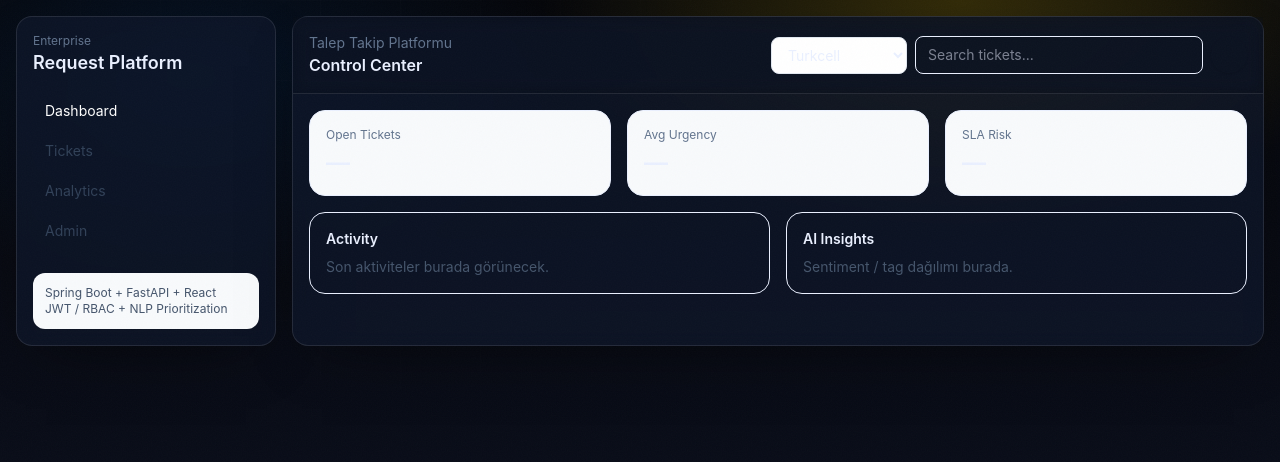
Repository: Salihapeker/enterprise-ai-ticket-system
Page: / (app in Desktop/enterprise-ai-ticket-system/frontend/)
An editor plug-in stored every save of this project. The page is shown before and after the next save, followed by the edit.
The browser window is 1280 px wide. The pictures show the whole page.
The project was rebuilt for these pictures with package versions that can differ from the ones it lists, and the page was loaded fresh each time. Also part of the build but not shown: Desktop/enterprise-ai-ticket-system/frontend/vite.config.ts, Desktop/enterprise-ai-ticket-system/frontend/src/services/tickets.ts, Desktop/enterprise-ai-ticket-system/frontend/src/pages/TicketsPage.tsx, Desktop/enterprise-ai-ticket-system/frontend/src/pages/AnalyticsPage.tsx, Desktop/enterprise-ai-ticket-system/frontend/src/pages/AdminPage.tsx.

Above is the page before, as saved 2026-03-16 04:20:56.

### Desktop/enterprise-ai-ticket-system/frontend/src/main.tsx
import { StrictMode } from "react";
import { createRoot } from "react-dom/client";
import "./index.css";
import App from "./App.tsx";
import ThemeProvider from "./theme/ThemeProvider";

createRoot(document.getElementById("root")!).render(
  <StrictMode>
    <ThemeProvider>
      <App />
    </ThemeProvider>
  </StrictMode>,
);

### Desktop/enterprise-ai-ticket-system/frontend/src/index.css
@import "tailwindcss";

:root {
  --primary: #ffd100;
  --primary-text: #111827;
  --accent: #0057b8;
  --accent2: #ffd100;

  --bg: #05060a;
  --bg2: #0b1020;
  --card: rgba(15, 23, 42, 0.72);
  --card2: rgba(15, 23, 42, 0.86);
  --text: #eaf0ff;
  --muted: rgba(234, 240, 255, 0.72);
  --stroke: rgba(255, 255, 255, 0.1);
}

html,
body,
#root {
  height: 100%;
}

body {
  margin: 0;
  color: var(--text);
  font-family:
    Inter,
    ui-sans-serif,
    system-ui,
    -apple-system,
    "Segoe UI",
    Roboto,
    Arial,
    "Noto Sans";
  background:
    radial-gradient(
      600px 320px at 75% 0%,
      color-mix(in oklab, var(--accent2) 18%, transparent),
      transparent 70%
    ),
    radial-gradient(
      520px 300px at 15% 10%,
      color-mix(in oklab, var(--accent) 14%, transparent),
      transparent 72%
    ),
    linear-gradient(180deg, var(--bg), var(--bg2));
}

/* subtle grid overlay */
body::before {
  content: "";
  position: fixed;
  inset: 0;
  pointer-events: none;
  opacity: 0.18;
  background-image:
    linear-gradient(to right, rgba(255, 255, 255, 0.08) 1px, transparent 1px),
    linear-gradient(to bottom, rgba(255, 255, 255, 0.08) 1px, transparent 1px);
  background-size: 80px 80px;
  mask-image: radial-gradient(circle at 30% 10%, black 0%, transparent 60%);
}

/* tiny noise */
body::after {
  content: "";
  position: fixed;
  inset: 0;
  pointer-events: none;
  opacity: 0.06;
  background-image: url("data:[embedded picture, 293 characters]");
}

### Desktop/enterprise-ai-ticket-system/frontend/src/App.tsx
import { BrowserRouter, Route, Routes } from "react-router-dom";
import AppShell from "./components/layouts/AppShell";
import DashboardPage from "./pages/DashboardPage";
import TicketsPage from "./pages/TicketsPage";
import AnalyticsPage from "./pages/AnalyticsPage";
import AdminPage from "./pages/AdminPage";

export default function App() {
  return (
    <BrowserRouter>
      <Routes>
        <Route element={<AppShell />}>
          <Route path="/" element={<DashboardPage />} />
          <Route path="/tickets" element={<TicketsPage />} />
          <Route path="/analytics" element={<AnalyticsPage />} />
          <Route path="/admin" element={<AdminPage />} />
        </Route>
      </Routes>
    </BrowserRouter>
  );
}

### Desktop/enterprise-ai-ticket-system/frontend/src/theme/ThemeProvider.tsx
import React, { createContext, useEffect, useMemo, useState } from "react";
import { getTheme, type ThemeId, THEMES } from "./themes";

type ThemeCtx = {
  themeId: ThemeId;
  setThemeId: (id: ThemeId) => void;
};

export const ThemeContext = createContext<ThemeCtx | null>(null);

const KEY = "enterprise-theme";

export default function ThemeProvider({
  children,
}: {
  children: React.ReactNode;
}) {
  const [themeId, setThemeIdState] = useState<ThemeId>(() => {
    const saved = localStorage.getItem(KEY) as ThemeId | null;
    return saved ?? "turkcell";
  });

  const value = useMemo(
    () => ({
      themeId,
      setThemeId: (id: ThemeId) => {
        setThemeIdState(id);
        localStorage.setItem(KEY, id);
      },
    }),
    [themeId],
  );

  useEffect(() => {
    const theme = getTheme(themeId);
    const root = document.documentElement;
    for (const [k, v] of Object.entries(theme.vars))
      root.style.setProperty(k, v);
    // helpful attribute (for debugging)
    root.setAttribute("data-theme", theme.id);
  }, [themeId]);

  return (
    <ThemeContext.Provider value={value}>{children}</ThemeContext.Provider>
  );
}

export { THEMES };

### Desktop/enterprise-ai-ticket-system/frontend/src/components/layouts/AppShell.tsx
import { NavLink, Outlet } from "react-router-dom";
import { useTheme } from "../../hooks/useTheme";
import { THEMES } from "../../theme/themes";
import type { ThemeId } from "../../theme/themes";

const navLinkClass = ({ isActive }: { isActive: boolean }) =>
  [
    "flex items-center gap-2 rounded-lg px-3 py-2 text-sm transition",
    isActive
      ? "bg-[var(--brand-2)] text-white"
      : "text-slate-700 hover:bg-slate-100",
  ].join(" ");

export default function AppShell() {
  const { themeId, setThemeId } = useTheme();

  return (
    <div className="min-h-screen text-[var(--text)]">
      <div className="w-full p-4">
        <div className="grid grid-cols-1 gap-4 lg:grid-cols-[260px_1fr]">
          <aside className="rounded-2xl border border-[var(--stroke)] bg-[var(--card)] p-4 shadow-[0_20px_60px_-30px_rgba(0,0,0,0.75)] backdrop-blur">
            <div className="flex items-center justify-between">
              <div>
                <div className="text-xs text-slate-500">Enterprise</div>
                <div className="text-lg font-semibold">Request Platform</div>
              </div>
            </div>

            <nav className="mt-4 grid gap-1">
              <NavLink to="/" end className={navLinkClass}>
                Dashboard
              </NavLink>
              <NavLink to="/tickets" className={navLinkClass}>
                Tickets
              </NavLink>
              <NavLink to="/analytics" className={navLinkClass}>
                Analytics
              </NavLink>
              <NavLink to="/admin" className={navLinkClass}>
                Admin
              </NavLink>
            </nav>

            <div className="mt-6 rounded-xl bg-slate-50 p-3 text-xs text-slate-600">
              Spring Boot + FastAPI + React
              <br />
              JWT / RBAC + NLP Prioritization
            </div>
          </aside>

          <main className="rounded-2xl border border-[var(--stroke)] bg-[var(--card)] shadow-[0_20px_60px_-30px_rgba(0,0,0,0.75)] backdrop-blur">
            <header className="sticky top-0 z-10 flex items-center justify-between border-b border-[var(--stroke)] bg-[rgba(0,0,0,0.15)] p-4 backdrop-blur">
              <div>
                <div className="text-sm text-slate-500">
                  Talep Takip Platformu
                </div>
                <div className="text-base font-semibold">Control Center</div>
              </div>

              <div className="flex items-center gap-2">
                <select
                  value={themeId}
                  onChange={(e) => setThemeId(e.target.value as ThemeId)}
                  className="rounded-lg border border-slate-200 bg-white px-3 py-2 text-sm outline-none focus:ring-2 focus:ring-slate-300"
                  title="Theme"
                >
                  {THEMES.map((t) => (
                    <option key={t.id} value={t.id}>
                      {t.label}
                    </option>
                  ))}
                </select>

                <input
                  className="hidden w-72 rounded-lg border px-3 py-2 text-sm outline-none focus:ring-2 focus:ring-slate-300 md:block"
                  placeholder="Search tickets..."
                />

                <div className="h-9 w-9 rounded-full bg-gradient-to-br from-[var(--brand-2)] to-[var(--brand)] shadow-sm" />
              </div>
            </header>

            <div className="p-4">
              <Outlet />
            </div>
          </main>
        </div>
      </div>
    </div>
  );
}

### Desktop/enterprise-ai-ticket-system/frontend/src/pages/DashboardPage.tsx
export default function DashboardPage() {
  return (
    <div className="grid gap-4">
      <div className="grid grid-cols-1 gap-4 md:grid-cols-3">
        <Card title="Open Tickets" value="—" />
        <Card title="Avg Urgency" value="—" />
        <Card title="SLA Risk" value="—" />
      </div>

      <div className="grid grid-cols-1 gap-4 lg:grid-cols-2">
        <Panel title="Activity">Son aktiviteler burada görünecek.</Panel>
        <Panel title="AI Insights">Sentiment / tag dağılımı burada.</Panel>
      </div>
    </div>
  );
}

function Card({ title, value }: { title: string; value: string }) {
  return (
    <div className="rounded-2xl border bg-slate-50 p-4">
      <div className="text-xs text-slate-500">{title}</div>
      <div className="mt-1 text-2xl font-semibold">{value}</div>
    </div>
  );
}

function Panel({
  title,
  children,
}: {
  title: string;
  children: React.ReactNode;
}) {
  return (
    <div className="rounded-2xl border p-4">
      <div className="text-sm font-semibold">{title}</div>
      <div className="mt-2 text-sm text-slate-600">{children}</div>
    </div>
  );
}

### Desktop/enterprise-ai-ticket-system/frontend/src/theme/themes.ts
export type ThemeId = "turkcell" | "turktelekom" | "vodafone";

export type Theme = {
  id: ThemeId;
  label: string;
  vars: Record<string, string>;
};

const base = {
  "--bg": "#05060a",
  "--bg2": "#0b1020",
  "--card": "rgba(15, 23, 42, 0.72)",
  "--card2": "rgba(15, 23, 42, 0.86)",
  "--text": "#EAF0FF",
  "--muted": "rgba(234,240,255,0.72)",
  "--stroke": "rgba(255,255,255,0.10)",
};

export const THEMES: Theme[] = [
  {
    id: "turkcell",
    label: "Turkcell",
    vars: {
      ...base,
      "--primary": "#FFD100", // sarı
      "--primary-text": "#111827", // sarıda siyah yazı daha okunur
      "--accent": "#0057B8", // mavi glow
      "--accent2": "#FFD100",
    },
  },
  {
    id: "turktelekom",
    label: "Türk Telekom",
    vars: {
      ...base,
      "--primary": "#00A0DF", // TT mavi (cyan)
      "--primary-text": "#FFFFFF",
      "--accent": "#001A72",
      "--accent2": "#00A0DF",
    },
  },
  {
    id: "vodafone",
    label: "Vodafone",
    vars: {
      ...base,
      "--primary": "#E60000", // kırmızı
      "--primary-text": "#FFFFFF",
      "--accent": "#FF4D4D",
      "--accent2": "#E60000",
    },
  },
];

export function getTheme(id: ThemeId): Theme {
  return THEMES.find((x) => x.id === id) ?? THEMES[0];
}

### Desktop/enterprise-ai-ticket-system/frontend/src/hooks/useTheme.ts
import { useContext } from "react";
import { ThemeContext } from "../theme/ThemeProvider";

export function useTheme() {
  const ctx = useContext(ThemeContext);
  if (!ctx) throw new Error("useTheme must be used within ThemeProvider");
  return ctx;
}

After the next save:
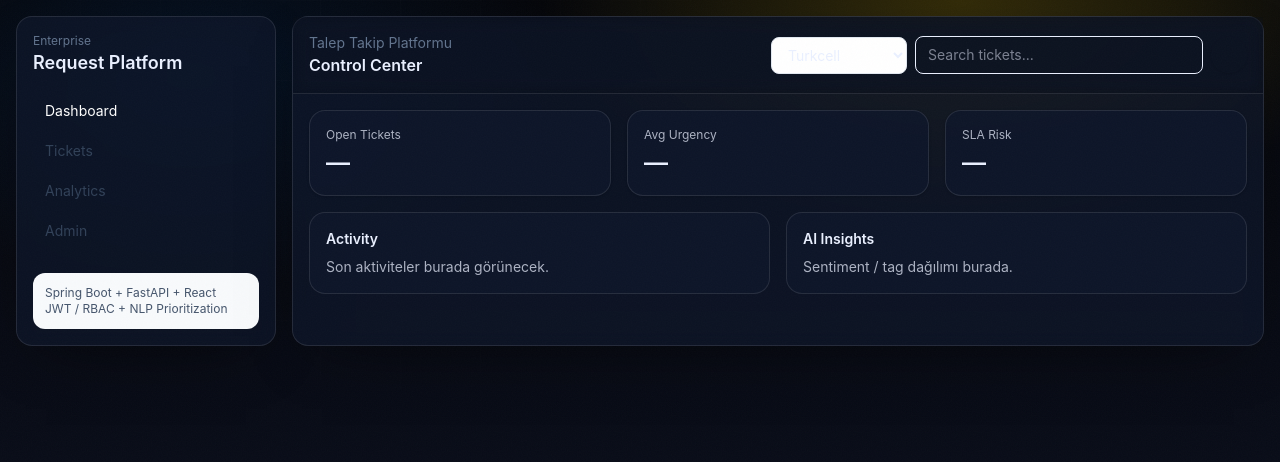
Saved 3 min 34 s later.
--- a/Desktop/enterprise-ai-ticket-system/frontend/src/pages/DashboardPage.tsx
+++ b/Desktop/enterprise-ai-ticket-system/frontend/src/pages/DashboardPage.tsx
@@ -17,9 +17,11 @@ export default function DashboardPage() {
 
 function Card({ title, value }: { title: string; value: string }) {
   return (
-    <div className="rounded-2xl border bg-slate-50 p-4">
-      <div className="text-xs text-slate-500">{title}</div>
-      <div className="mt-1 text-2xl font-semibold">{value}</div>
+    <div className="rounded-2xl border border-[var(--stroke)] bg-[var(--card2)] p-4 shadow-sm">
+      <div className="text-xs text-[var(--muted)]">{title}</div>
+      <div className="mt-1 text-2xl font-semibold text-[var(--text)]">
+        {value}
+      </div>
     </div>
   );
 }
@@ -32,9 +34,9 @@ function Panel({
   children: React.ReactNode;
 }) {
   return (
-    <div className="rounded-2xl border p-4">
-      <div className="text-sm font-semibold">{title}</div>
-      <div className="mt-2 text-sm text-slate-600">{children}</div>
+    <div className="rounded-2xl border border-[var(--stroke)] bg-[var(--card2)] p-4">
+      <div className="text-sm font-semibold text-[var(--text)]">{title}</div>
+      <div className="mt-2 text-sm text-[var(--muted)]">{children}</div>
     </div>
   );
 }
